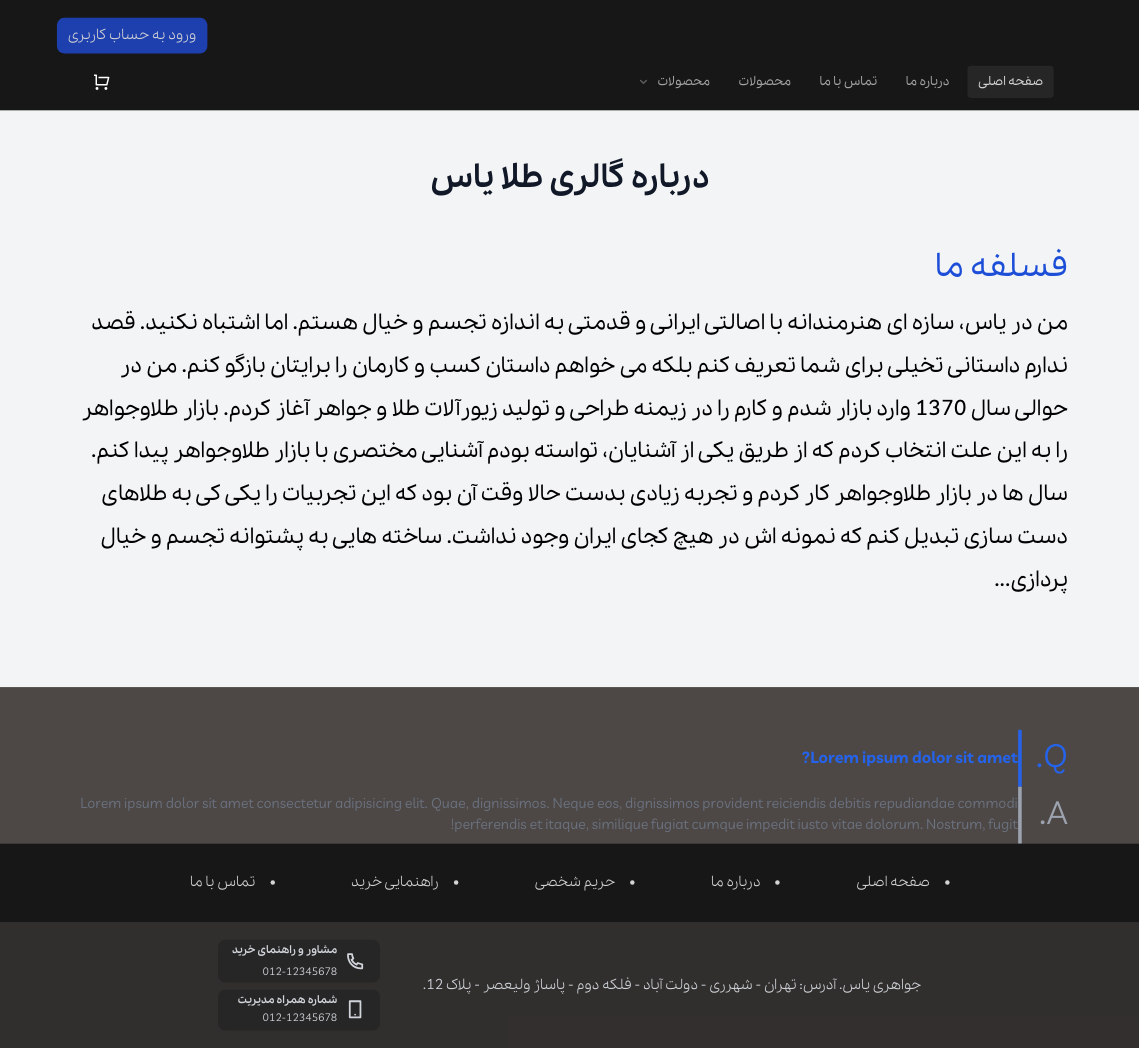
Repository: aliakbarmotallebi/yasgoldgallery-ui
Page: /about
These files come from the project's save history. The page is drawn as it stood at one moment and after the next save; the edit follows.
The browser window is 1280 px wide. The pictures show the whole page, at 89% of full size.
The project was rebuilt for these pictures with package versions that can differ from the ones it lists, and the page was loaded fresh each time. Also part of the build but not shown: src/components/Brands.jsx, src/components/GridImages.js, src/components/SpecialComments.jsx, src/components/CardProduct.jsx, src/components/SpecialProducts.jsx, src/components/SuggestedProducts.jsx, src/pages/HomePage.jsx, src/pages/NotFound.jsx and 4 more.

Above is the page before, as saved 2023-01-16 12:18:21.

After the next save:
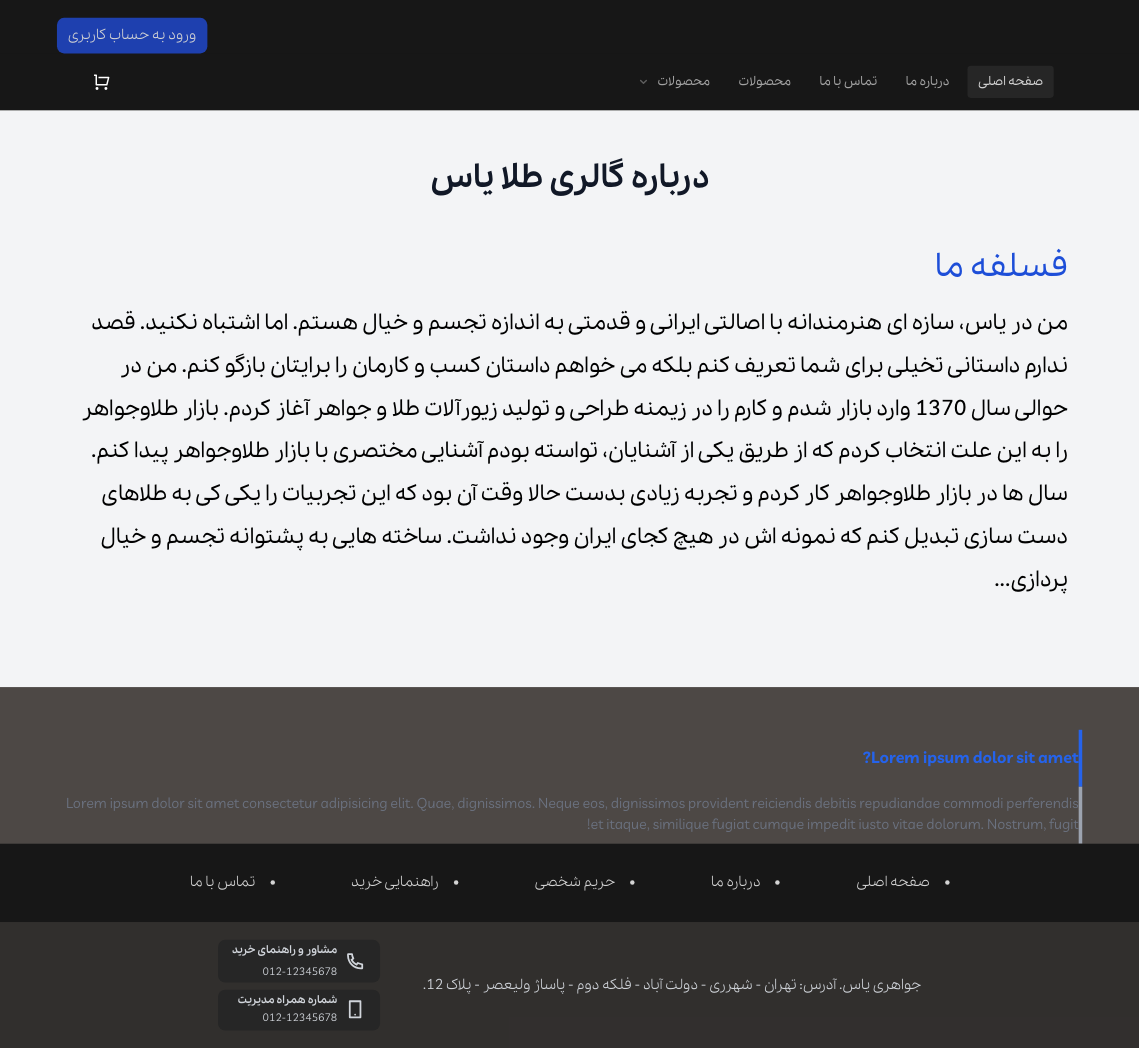
Saved 38 s later.
--- a/src/pages/AboutPage.jsx
+++ b/src/pages/AboutPage.jsx
@@ -27,12 +27,8 @@ const AboutPage = () => {
             <div class="space-y-12 px-2 xl:px-16 mt-12">
                 <div class="mt-4 flex">
                     <div>
-                        <div class="flex items-center h-16 border-l-4 border-blue-600">
-                            <span class="text-4xl text-blue-600 px-4">Q.</span>
-                        </div>
-                        <div class="flex items-center h-16 border-l-4 border-gray-400">
-                            <span class="text-4xl text-gray-400 px-4">A.</span>
-                        </div>
+                        <div class="flex items-center h-16 border-l-4 border-blue-600"></div>
+                        <div class="flex items-center h-16 border-l-4 border-gray-400"></div>
                     </div>
                     <div>
                         <div class="flex items-center h-16">
